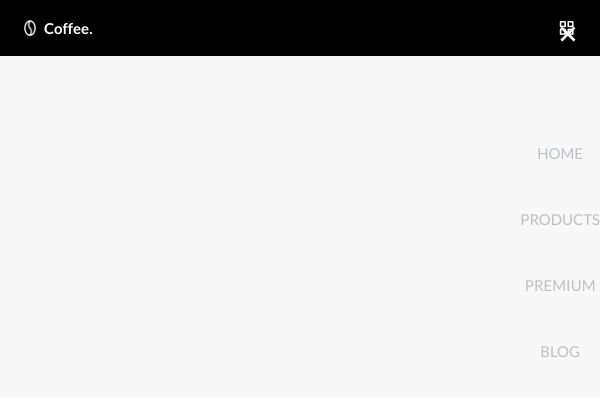
Repository: phong121020/coffee-responsive
Page: index.html
An editor plug-in stored every save of this project. The page is shown before and after the next save, followed by the edit.
The browser window is 600 px wide. The pictures show the whole page.

Above is the page before, as saved 2022-03-06 15:07:50.

### index.html
<!DOCTYPE html>
<html lang="en">
  <head>
    <meta charset="UTF-8" />
    <meta http-equiv="X-UA-Compatible" content="IE=edge" />
    <meta name="viewport" content="width=device-width, initial-scale=1.0" />
    <!-- link -->
    <link rel="stylesheet" href="./assets/css/style.css" />
    <!-- favicon -->
    <link
      rel="shortcut icon"
      href="./assets/img/favicon.png"
      type="image/x-icon"
    />
    <title>Document</title>
    <!-- boxicon -->
    <link
      href="https://unpkg.com/boxicons@2.1.1/css/boxicons.min.css"
      rel="stylesheet"
    />
  </head>
  <body>
    <!-- HEADER -->
    <header class="header" id="header">
      <nav class="nav container">
        <a href="#" class="nav__logo">
          <img src="./assets/img/logo.png" alt="" class="nav__logo-img" />
          Coffee.
        </a>
        <div class="nav__menu" id="nav-menu">
          <ul class="nav__list">
            <li class="nav__item">
              <a href="#home" class="nav__link">Home</a>
            </li>
            <li class="nav__item">
              <a href="#products" class="nav__link">Products</a>
            </li>
            <li class="nav__item">
              <a href="#premium" class="nav__link">Premium</a>
            </li>
            <li class="nav__item">
              <a href="#blog" class="nav__link">Blog</a>
            </li>
          </ul>
          <div class="nav__close" id="nav-close">
            <i class="bx bx-x"></i>
          </div>
        </div>
        <!-- Toggle button -->
        <div class="nav__toggle" id="nav-toggle">
          <i class="bx bx-grid-alt"></i>
        </div>
      </nav>
    </header>
    <!-- JS -->
    <script src="./assets/js/app.js"></script>
  </body>
</html>

### assets/css/style.css
/*=============== GOOGLE FONTS ===============*/
@import url("https://fonts.googleapis.com/css2?family=Lato:wght@400;700&display=swap");

/*=============== VARIABLES CSS ===============*/
:root {
  --header-height: 3.5rem;

  /*========== Colors ==========*/
  --first-color: hsl(36, 72%, 48%);
  --first-color-alt: hsl(36, 72%, 44%);
  --black-color: hsl(206, 12%, 12%);
  --card-color: hsl(0, 0%, 90%);
  --title-color: hsl(206, 12%, 12%);
  --text-color: hsl(206, 4%, 42%);
  --text-color-light: hsl(206, 4%, 75%);
  --body-color: hsl(206, 4%, 97%);
  --container-color: #fff;

  /*========== Font and typography ==========*/
  --body-font: "Lato", sans-serif;
  --biggest-font-size: 2.25rem;
  --h1-font-size: 1.5rem;
  --h2-font-size: 1.25rem;
  --h3-font-size: 1rem;
  --normal-font-size: 0.938rem;
  --small-font-size: 0.813rem;
  --smaller-font-size: 0.75rem;

  /*========== Font weight ==========*/
  --font-bold: 700;

  /*========== z index ==========*/
  --z-tooltip: 10;
  --z-fixed: 100;
}

@media screen and (min-width: 968px) {
  :root {
    --biggest-font-size: 3.5rem;
    --h1-font-size: 2.25rem;
    --h2-font-size: 1.5rem;
    --h3-font-size: 1.25rem;
    --normal-font-size: 1rem;
    --small-font-size: 0.875rem;
    --smaller-font-size: 0.813rem;
  }
}

/*=============== BASE ===============*/
* {
  box-sizing: border-box;
  padding: 0;
  margin: 0;
}

html {
  scroll-behavior: smooth;
}

body {
  font-family: var(--body-font);
  font-size: var(--normal-font-size);
  background-color: var(--body-color);
  color: var(--text-color);
}

h1,
h2,
h3 {
  color: var(--title-color);
  font-weight: var(--font-bold);
}

h1,
h2,
h3,
p {
  line-height: 140%;
}

ul {
  list-style: none;
}

a {
  text-decoration: none;
}

img {
  max-width: 100%;
  height: auto;
}

button {
  border: none;
  outline: none;
  cursor: pointer;
}

/*=============== REUSABLE CSS CLASSES ===============*/
.container {
  max-width: 1024px;
  margin-left: 1.5rem;
  margin-right: 1.5rem;
}

.grid {
  display: grid;
  gap: 1.5rem;
}

.section {
  padding: 4.5rem 0 2rem;
}

.section__title {
  position: relative;
  font-size: var(--h1-font-size);
  padding-left: 1.25rem;
  margin-bottom: 2.5rem;
}

.section__title::before {
  content: "";
  position: absolute;
  top: 8px;
  left: 0;
  width: 3px;
  height: 20px;
  background-color: var(--first-color);
}

/* HEADER & NAV */
.header {
  width: 100%;
  background-color: #000;
  position: fixed;
  top: 0;
  left: 0;
  right: 0;
  z-index: var(--z-fixed);
}
.nav {
  height: var(--header-height);
  display: flex;
  justify-content: space-between;
  align-items: center;
}
.nav__logo,
.nav__toggle {
  color: #fff;
}
.nav__logo {
  display: flex;
  align-items: center;
  justify-content: center;
  column-gap: 0.5rem;
  font-weight: var(--font-bold);
}
.nav__logo-img {
  width: 0.75rem;
}
.nav__toggle {
  display: inline-flex;
  font-size: 1.15rem;
  cursor: pointer;
}

@media screen and (max-width: 767px) {
  .nav__menu {
    position: fixed;
    top: 0;
    right: 0;
    background-color: --black-color
    width: 100%;
    height: 100%;
    transition: 0.3s;
  }
  .nav__menu.is-show {
    right: 0;
  }
}
.nav__list {
  display: flex;
  flex-direction: column;
  text-align: center;
  row-gap: 3rem;
  padding-top: 9rem;
}
.nav__link {
  text-transform: uppercase;
  color: var(--text-color-light);
  transition: 0.3s;
}
.nav__link:hover {
  color: #fff;
}
.nav__close {
  font-size: 2rem;
  position: absolute;
  top: 1rem;
  right: 1rem;
  color: #fff;
  cursor: pointer;
}

### assets/js/app.js
// SHOW MENU
const navToggle = document.querySelector(".nav__toggle");
const navMenu = document.querySelector(".nav__menu");

navToggle.addEventListener("click", function () {
  navMenu.classList.add("is-show");
  navToggle.classList.toggle("nav__toggle");
});

After the next save:
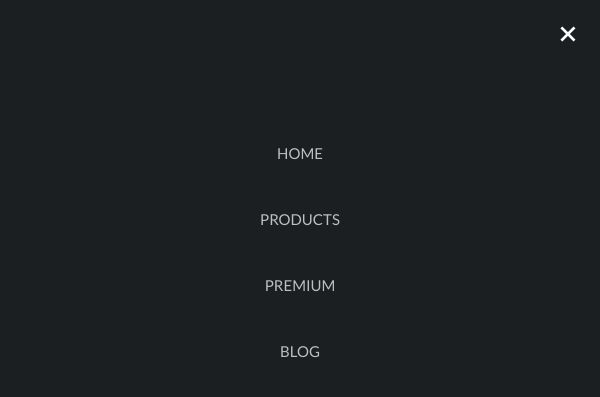
Saved 13 s later.
--- a/assets/css/style.css
+++ b/assets/css/style.css
@@ -171,7 +171,7 @@ button {
     position: fixed;
     top: 0;
     right: 0;
-    background-color: --black-color
+    background-color: var(--black-color);
     width: 100%;
     height: 100%;
     transition: 0.3s;
